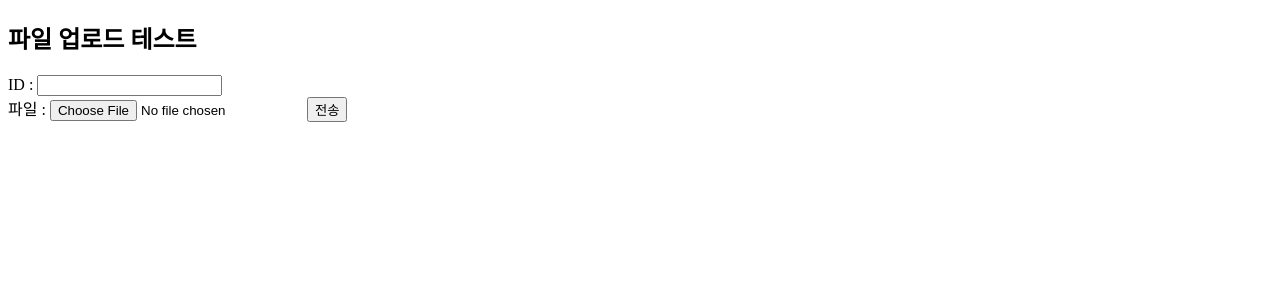
Repository: cdj6995/Web
Page: http://localhost/Lecture-Web/jsp/file/fileUpload.jsp
These files come from the project's save history. The page is drawn as it stood at one moment and after a run of saves; the edit follows.
The browser window is 1280 px wide. The pictures show the whole page.
The page is served by Tomcat 9.

Above is the page before, as saved 2022-06-17 02:13:05.

After the next 2 saves:
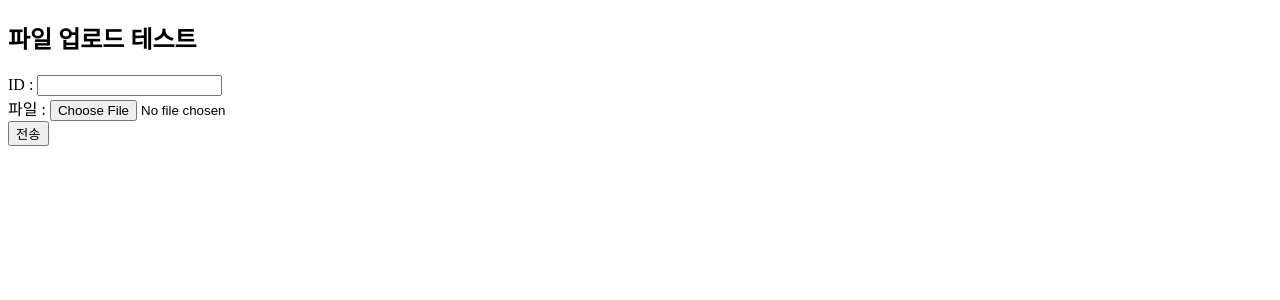
The 2 saves are shown as one change because they came seconds apart.
The last was saved 10 s later.
--- a/Lecture-Web/src/main/webapp/jsp/file/fileUpload.jsp
+++ b/Lecture-Web/src/main/webapp/jsp/file/fileUpload.jsp
@@ -10,7 +10,7 @@
 	<h2>파일 업로드 테스트</h2>
 	<form action="uploadInfo.jsp" method="post">
 		ID : <input type="text" name="id"><br>
-		파일 : <input type="file" name="uploadfile">
+		파일 : <input type="file" name="uploadfile"><br>
 		<input type="submit" value="전송">
 	</form>
 </body>
